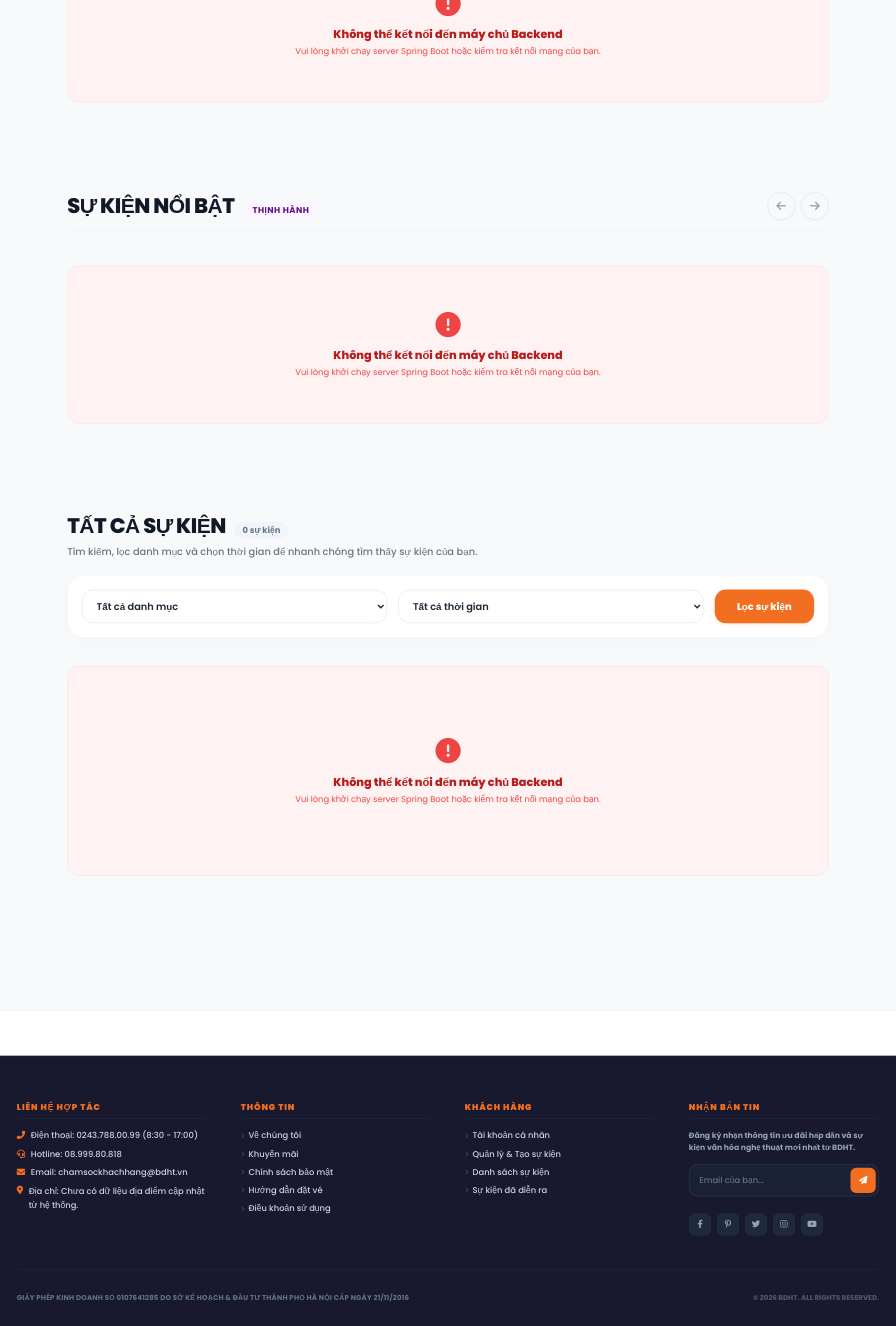
Repository: Vu-Tien-Duc/K23CNT3_VuTienDuc_Project4_EventTicket
Page: EventTicket_BDHT_Project/frontend-web/pages/nat-index.html
The author's editor kept a copy of each file at every save. The page is drawn from the files as they stood at one save, then again after the next save.
The browser window is 1280 px wide. The pictures show the part of the page from y = 886 to 2806 px (the page is 2780 px tall before and 2806 px after), at 70% of full size.
The page's requests for data from a server got no answer. Some web libraries are served in a nearby version.

Above is the page before, as saved 2026-05-26 16:27:05.

After the next save:
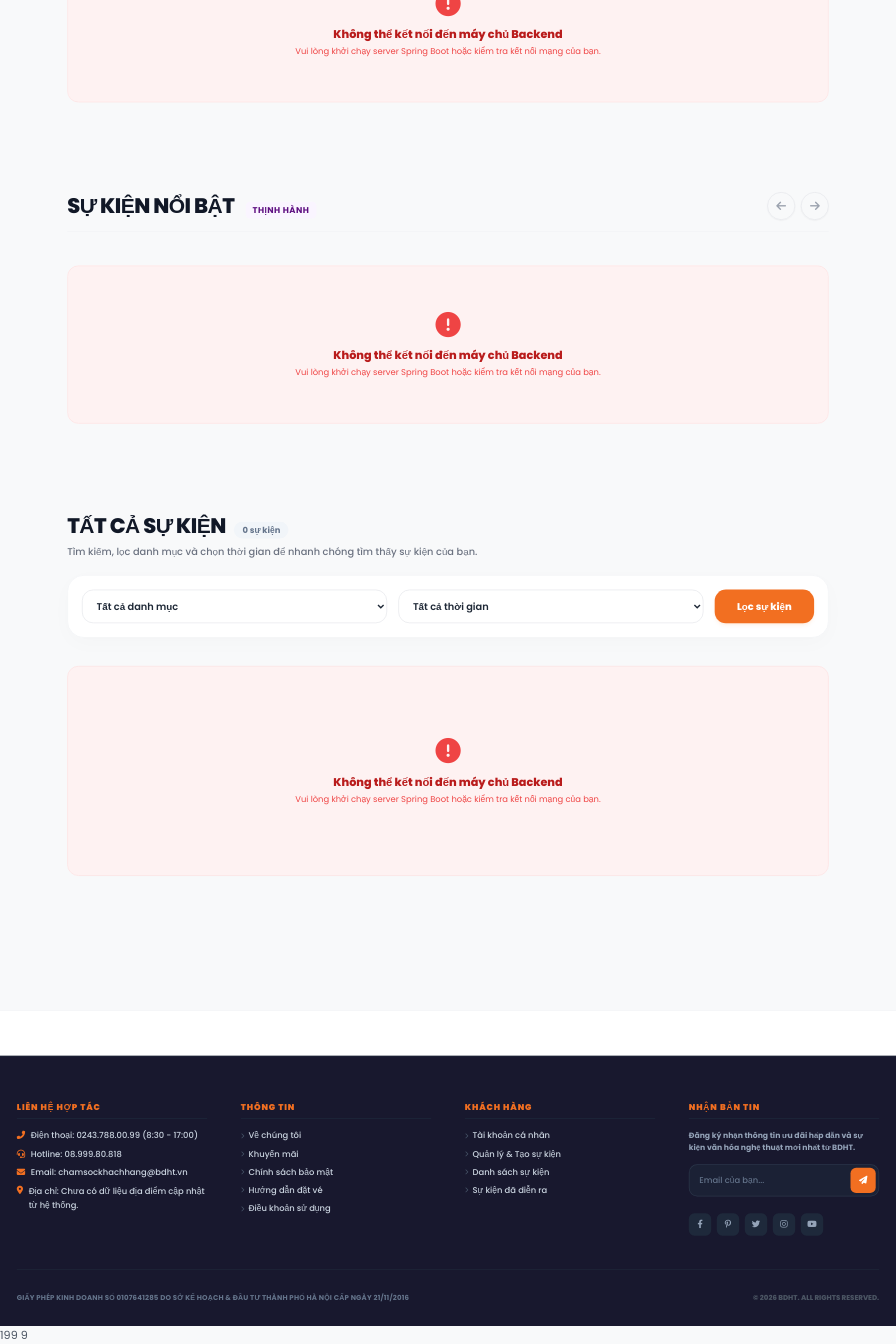
Saved 78 min 20 s later.
--- a/EventTicket_BDHT_Project/frontend-web/pages/nat-index.html
+++ b/EventTicket_BDHT_Project/frontend-web/pages/nat-index.html
@@ -366,6 +366,6 @@
     <script src="../assets/js/nat-home.js?v=1.5"></script>
     <script src="../assets/js/nat-ai-chat.js"></script>
 
-</body>
-
+</body>199
+9
 </html>
